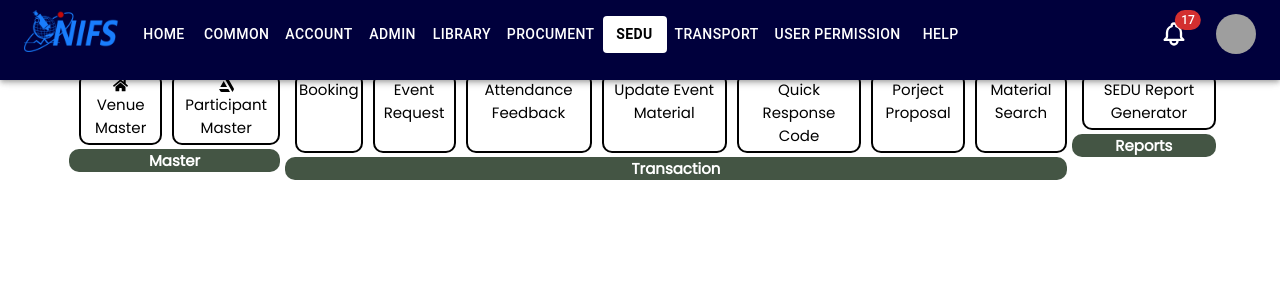
Repository: virangaj/NIFS-WebApp
Page: /sedu (app in client/)
These files come from the project's save history. The page is drawn as it stood at one moment and after the next save; the edit follows.
The browser window is 1280 px wide. The pictures show the whole page.
Pictures or frames that could not be fetched are drawn as grey boxes. The project was rebuilt for these pictures with package versions that can differ from the ones it lists, and the page was loaded fresh each time. Also part of the build but not shown: client/src/pages/Login.tsx, client/src/pages/Home.tsx, client/src/components/Transport/shared/TransportNavbar.js, client/src/pages/TransportMainPage.tsx, client/src/pages/CommonMainPage.tsx, client/src/pages/AccountMainPage.tsx, client/src/pages/AdminMainPage.tsx, client/src/pages/LibraryMainPage.js and 4 more.

Above is the page before, as saved 2022-07-27 00:55:20.

### client/public/index.html
<!DOCTYPE html>
<html lang="en">
	<head>
		<meta charset="utf-8" />
		<link rel="icon" href="nifs_logo.png" />
		<meta name="viewport" content="width=device-width, initial-scale=1" />
		<meta name="theme-color" content="#000000" />
		<meta
			name="description"
			content="Web site created using create-react-app"
		/>
		<link rel="apple-touch-icon" href="%PUBLIC_URL%/logo192.png" />
		<!--
      manifest.json provides metadata used when your web app is installed on a
      user's mobile device or desktop. See https://developers.google.com/web/fundamentals/web-app-manifest/
    -->
		<link rel="manifest" href="%PUBLIC_URL%/manifest.json" />
		<!--
      Notice the use of %PUBLIC_URL% in the tags above.
      It will be replaced with the URL of the `public` folder during the build.
      Only files inside the `public` folder can be referenced from the HTML.

      Unlike "/favicon.ico" or "favicon.ico", "%PUBLIC_URL%/favicon.ico" will
      work correctly both with client-side routing and a non-root public URL.
      Learn how to configure a non-root public URL by running `npm run build`.
    -->
		<link
			href="https://fonts.googleapis.com/css?family=Poppins"
			rel="stylesheet"
		/>
		<title>NIFS Dashboard</title>
	</head>
	<body>
		<noscript>You need to enable JavaScript to run this app.</noscript>
		<div id="root"></div>
		<!--
      This HTML file is a template.
      If you open it directly in the browser, you will see an empty page.

      You can add webfonts, meta tags, or analytics to this file.
      The build step will place the bundled scripts into the <body> tag.

      To begin the development, run `npm start` or `yarn start`.
      To create a production bundle, use `npm run build` or `yarn build`.
    -->
	</body>
</html>

### client/src/index.css
* {
  margin: 0;
}

body {
  font-family: 'Poppins';
  -webkit-font-smoothing: antialiased;
  -moz-osx-font-smoothing: grayscale;
}

:root {
  --main-navbar-back: #00003c;
  --nav-title-section-back: #454;
  --white: #fff;
  --black: #000;
  --border-radius: 10px;
}


.nav-logo {
  width: 100px;
  height: auto;
}

/* main navbar */
.main-navbar {
  background-color: var(--main-navbar-back) !important;
  width: 100% !important;
  height: 80px !important;

}



/* secondary navbar */
.secondary-navbar {
  margin-top: 10vh !important;
  margin: auto;
}

.nav-flex-section {
  display: flex;
  justify-content: center;
}

.nav-flex-inside {
  margin-left: 5px;
  margin-left: 5px;
}

.nav-title {
  font-size: 15px;
  text-align: center;
  color: var(--white);
  font-weight: 600;

}

.nav-title-section {
  border-radius: var(--border-radius);
  background-color: var(--nav-title-section-back);
}

.nav-link {
  display: flex;
  flex-direction: column;
  align-items: center;
  font-size: 15px;
  margin-left: 10px;
  margin-left: 10px;
  border: 2px solid #000;
  padding: 4px 2px 4px 2px;
  margin-bottom: 4px;
  text-align: center;
  border-radius: var(--border-radius);
}

.nav-link:hover {
  color: aqua;
  cursor: pointer;
}

/* body content */
.body-content {
  margin: auto;
  width: 90%;
  margin-top: 10vh;

}

.sub-body-content {
  margin: auto;
  width: 90%;
  margin-top: 3vh;
}

### client/src/App.tsx
import React, { useEffect } from 'react';
import Navbar from './components/shared/Navbar';
import Login from './pages/Login'
import { BrowserRouter as Router, Route, Routes } from 'react-router-dom'
import Home from './pages/Home';
import TransportMainPage from './pages/TransportMainPage';
import CommonMainPage from './pages/CommonMainPage';
import AccountMainPage from './pages/AccountMainPage';
import AdminMainPage from './pages/AdminMainPage';
import LibraryMainPage from './pages/LibraryMainPage';
import ProcumentMainPage from './pages/ProcumentMainPage';
import SeduMainPage from './pages/SeduMainPage';
import UserPermissionMainPage from './pages/UserPermissionMainPage';
import NotificationMainPage from './pages/NotificationMainPage';
import HelpMainPage from './pages/HelpMainPage';

function App() {


  return (
    <Router>
      <Navbar />
      <Routes>

        <Route path="/login" element={<Login />} />
        <Route path="/" element={<Home />} />
        <Route path="/common/*" element={<CommonMainPage />} />
        <Route path="/account/*" element={<AccountMainPage />} />
        <Route path="/admin/*" element={<AdminMainPage />} />
        <Route path="/library/*" element={<LibraryMainPage />} />
        <Route path="/procument/*" element={<ProcumentMainPage />} />
        <Route path="/sedu/*" element={<SeduMainPage />} />
        <Route path="/transport/*" element={<TransportMainPage />} />
        <Route
          path="/user-permission/*"
          element={<UserPermissionMainPage />}
        />
        <Route
          path="/notification/*"
          element={<NotificationMainPage />}
        />
        <Route path="/help/*" element={<HelpMainPage />} />
      </Routes>


    </Router>
  );
}

export default App;

### client/src/components/shared/Navbar.tsx
import * as React from 'react';
import AppBar from '@mui/material/AppBar';
import Box from '@mui/material/Box';
import Toolbar from '@mui/material/Toolbar';
import IconButton from '@mui/material/IconButton';
import Typography from '@mui/material/Typography';
import Menu from '@mui/material/Menu';
import Container from '@mui/material/Container';
import Avatar from '@mui/material/Avatar';
import Button from '@mui/material/Button';
import Tooltip from '@mui/material/Tooltip';
import MenuItem from '@mui/material/MenuItem';
import { HiMenuAlt2, HiOutlineBell } from "react-icons/hi";
import Badge from '@mui/material/Badge';
import Logo from '../../images/nifs_logo.png'
import { Link, useLocation } from 'react-router-dom';
const pages = [
    {
        id: 0,
        title: 'Home',
        link: '/',
    },
    {
        id: 1,
        title: 'Common',
        link: '/common',
    },
    {
        id: 2,
        title: 'Account',
        link: '/account',
    },
    {
        id: 3,
        title: 'Admin',
        link: '/admin',
    },
    {
        id: 4,
        title: 'Library',
        link: '/library',
    },
    {
        id: 5,
        title: 'Procument',
        link: '/procument',
    },
    {
        id: 6,
        title: 'SEDU',
        link: '/sedu',
    },
    {
        id: 7,
        title: 'Transport',
        link: '/transport',
    },
    {
        id: 8,
        title: 'User Permission',
        link: '/user-permission',
    },
    // {
    //     id: 9,
    //     title: 'Notification',
    //     link: '/notification',
    // },
    {
        id: 10,
        title: 'Help',
        link: '/help',
    },
];
const settings = [
    {
        id: 0,
        title: 'Login',
        link: '/login',
    },
];
const Navbar = () => {

    const location: any = useLocation();
    console.log(location.pathname.split('/')[1])


    const [anchorElNav, setAnchorElNav] = React.useState<null | HTMLElement>(null);
    const [anchorElUser, setAnchorElUser] = React.useState<null | HTMLElement>(null);

    const handleOpenNavMenu = (event: React.MouseEvent<HTMLElement>) => {
        setAnchorElNav(event.currentTarget);
    };
    const handleOpenUserMenu = (event: React.MouseEvent<HTMLElement>) => {
        setAnchorElUser(event.currentTarget);
    };

    const handleCloseNavMenu = () => {
        setAnchorElNav(null);
    };

    const handleCloseUserMenu = () => {
        setAnchorElUser(null);
    };

    return (
        <AppBar position="fixed" className="main-navbar">
            <Container maxWidth="xl">
                <Toolbar disableGutters>
                    {/*Responsive view start here  */}
                    <Box sx={{ display: { xs: 'none', md: 'flex' }, mr: 1 }}>
                        <Link to='/'>
                            <img src={Logo} alt="logo" className="nav-logo" />
                        </Link>
                    </Box>


                    <Box sx={{ flexGrow: 1, display: { xs: 'flex', md: 'none' } }}>
                        <IconButton
                            size="large"
                            aria-label="account of current user"
                            aria-controls="menu-appbar"
                            aria-haspopup="true"
                            onClick={handleOpenNavMenu}
                            color="inherit"
                        >
                            <HiMenuAlt2 />
                        </IconButton>
                        <Menu
                            id="menu-appbar"
                            anchorEl={anchorElNav}
                            anchorOrigin={{
                                vertical: 'bottom',
                                horizontal: 'left',
                            }}
                            keepMounted
                            transformOrigin={{
                                vertical: 'top',
                                horizontal: 'left',
                            }}
                            open={Boolean(anchorElNav)}
                            onClose={handleCloseNavMenu}
                            sx={{
                                display: { xs: 'block', md: 'none' },
                            }}
                        >
                            {pages && pages.map((page) => (
                                location.pathname.split('/')[1] === page.link.split('/')[1] ?
                                    <Link to={page.link} style={{ textDecoration: 'none' }} >
                                        <Button
                                            key={page.id}
                                            onClick={handleCloseNavMenu}
                                            sx={{ my: 2, color: 'white', display: 'block' }}
                                            style={{ backgroundColor: '#000', color: '#fff', fontWeight: 700 }}
                                        >
                                            {page.title}
                                        </Button>
                                    </Link>
                                    :
                                    <Link to={page.link} style={{ textDecoration: 'none' }} >
                                        <Button
                                            key={page.id}
                                            onClick={handleCloseNavMenu}
                                            sx={{ my: 2, color: 'white', display: 'block' }}
                                            style={{ backgroundColor: '#fff', color: '#000' }}
                                        >
                                            {page.title}
                                        </Button>
                                    </Link>
                            ))}
                        </Menu>
                    </Box>
                    {/* Responsive view ends here */}

                    {/* Full width starts here */}
                    <Box
                        sx={{
                            mr: 2,
                            display: { xs: 'flex', md: 'none' },
                            flexGrow: 1,
                        }}
                    >
                        <Link to='/'>
                            <img src={Logo} alt="logo" className="nav-logo" />
                        </Link>
                    </Box>

                    <Box sx={{ flexGrow: 1, display: { xs: 'none', md: 'flex' } }}>
                        {pages.map((page) => (
                            location.pathname.split('/')[1] === page.link.split('/')[1] ?
                                <Link to={page.link} style={{ textDecoration: 'none' }} >
                                    <Button
                                        key={page.id}
                                        onClick={handleCloseNavMenu}
                                        sx={{ my: 2, color: 'white', display: 'block' }}
                                        style={{ backgroundColor: '#fff', color: '#000', fontWeight: 700 }}


                                    >
                                        {page.title}
                                    </Button>
                                </Link>
                                :
                                <Link to={page.link} style={{ textDecoration: 'none' }} >
                                    <Button
                                        key={page.id}
                                        onClick={handleCloseNavMenu}
                                        sx={{ my: 2, color: 'white', display: 'block' }}

                                    >
                                        {page.title}
                                    </Button>
                                </Link>
                        ))}
                    </Box>
                    <IconButton
                        size="large"
                        aria-label="show 17 new notifications"
                        color="inherit"
                        sx={{ mr: 2 }}
                    >
                        <Badge badgeContent={17} color="error">
                            <HiOutlineBell />
                        </Badge>
                    </IconButton>
                    <Box sx={{ flexGrow: 0 }}>
                        <Tooltip title="Open settings">
                            <IconButton onClick={handleOpenUserMenu} sx={{ p: 0 }}>
                                <Avatar alt="Remy Sharp" src="/static/images/avatar/2.jpg" />
                            </IconButton>
                        </Tooltip>
                        <Menu
                            sx={{ mt: '45px' }}
                            id="menu-appbar"
                            anchorEl={anchorElUser}
                            anchorOrigin={{
                                vertical: 'top',
                                horizontal: 'right',
                            }}
                            keepMounted
                            transformOrigin={{
                                vertical: 'top',
                                horizontal: 'right',
                            }}
                            open={Boolean(anchorElUser)}
                            onClose={handleCloseUserMenu}
                        >
                            {settings && settings.map((setting) => (
                                <MenuItem key={setting.id} onClick={handleCloseUserMenu}>
                                    <Typography textAlign="center">{setting.title}</Typography>
                                </MenuItem>
                            ))}
                        </Menu>
                    </Box>
                </Toolbar>
            </Container>
        </AppBar>
    );
};
export default Navbar;

### client/src/pages/SeduMainPage.tsx
import React from 'react';
import { Route, Routes } from 'react-router-dom';
import SeduSecondaryNavbar from '../components/sedu/SeduSecondaryNavbar';
import SecondaryNavbar from '../components/shared/SecondaryNavbar';


// sedu main page where all other section of sedu department can be access from here
function SeduMainPage() {

	return <div>
		<SeduSecondaryNavbar />
		<div className="sub-body-content">
			<Routes>
				{/* <Route path="/" element={<NewRequest />} />
					<Route path="/recommend" element={<RecommendedRequest />} />
					<Route path="/approve" element={<ApproveRequest />} /> */}
			</Routes>
		</div>
	</div>;
}

export default SeduMainPage;

### client/src/components/sedu/SeduSecondaryNavbar.tsx
import { Box } from '@mui/material'
import React from 'react'

import { FaArtstation, FaApple, FaAppStoreIos, FaHome } from "react-icons/fa";
function SeduSecondaryNavbar() {

    return (
        <Box sx={{ width: '90%' }} className="secondary-navbar nav-flex-section">

            {/* master section */}
            <div className='nav-flex-inside'>
                <div className='nav-flex-section'>
                    <p className='nav-link'><FaHome /> Venue Master</p>
                    <p className='nav-link'><FaArtstation /> Participant Master</p>
                </div>
                <div className='nav-title-section'>
                    <p className='nav-title'>Master</p>
                </div>
            </div>

            {/* transaction section */}
            <div className='nav-flex-inside'>
                <div className='nav-flex-section'>
                    <p className='nav-link'>Booking</p>
                    <p className='nav-link'>Event Request</p>
                    <p className='nav-link'>Attendance Feedback</p>
                    <p className='nav-link'>Update Event Material</p>
                    <p className='nav-link'>Quick Response Code</p>
                    <p className='nav-link'>Porject Proposal</p>
                    <p className='nav-link'>Material Search</p>
                </div>
                <div className='nav-title-section'>
                    <p className='nav-title'>Transaction</p>
                </div>
            </div>
            {/* reposrts section */}
            <div className='nav-flex-inside'>
                <div className='nav-flex-section'>
                    <p className='nav-link'>SEDU Report Generator</p>
                </div>
                <div className='nav-title-section'>
                    <p className='nav-title'>Reports</p>
                </div>
            </div>
        </Box>
    )
}

export default SeduSecondaryNavbar

Loaded but not shown: client/src/index.tsx (common file); client/src/reportWebVitals.ts (common file)

After the next save:
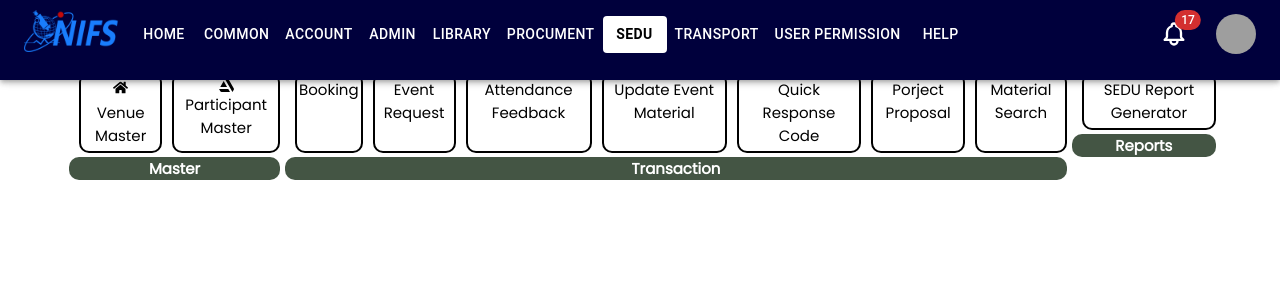
Saved 18 s later.
--- a/client/src/components/sedu/SeduSecondaryNavbar.tsx
+++ b/client/src/components/sedu/SeduSecondaryNavbar.tsx
@@ -10,7 +10,7 @@ function SeduSecondaryNavbar() {
             {/* master section */}
             <div className='nav-flex-inside'>
                 <div className='nav-flex-section'>
-                    <p className='nav-link'><FaHome /> Venue Master</p>
+                    <p className='nav-link'><span className='nav-icon'><FaHome /></span> Venue Master</p>
                     <p className='nav-link'><FaArtstation /> Participant Master</p>
                 </div>
                 <div className='nav-title-section'>
